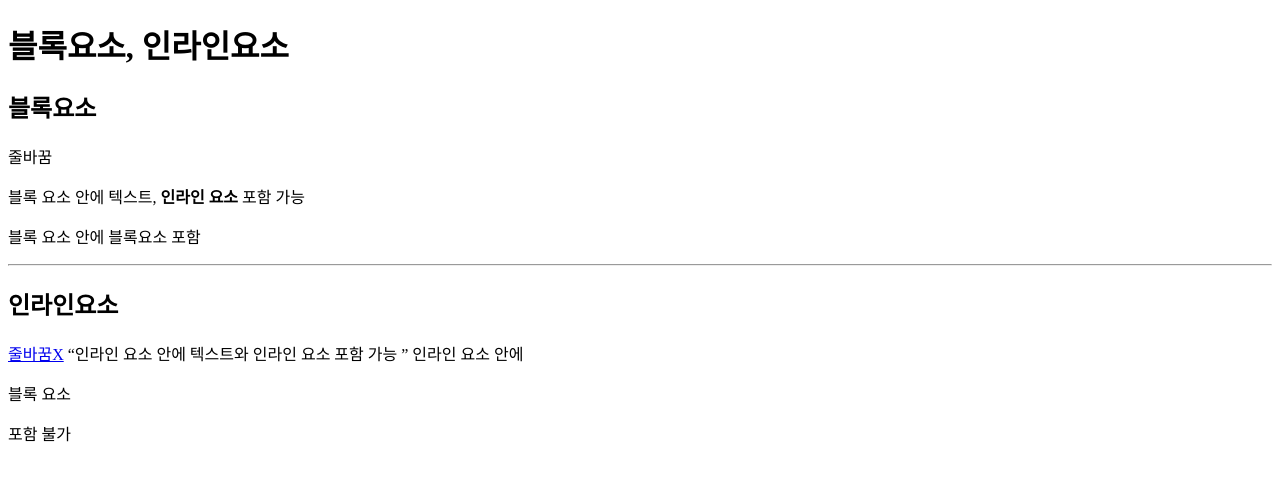
Repository: RUCKUSJERRY/PracticeOfUI
Page: UI01_HTML/WebContent/html01-block-inline.html
The author's editor kept a copy of each file at every save. The page is drawn from the files as they stood at one save, then again after the next save.
The browser window is 1280 px wide. The pictures show the whole page.

Above is the page before, as saved 2021-01-14 03:25:29.

After the next save:
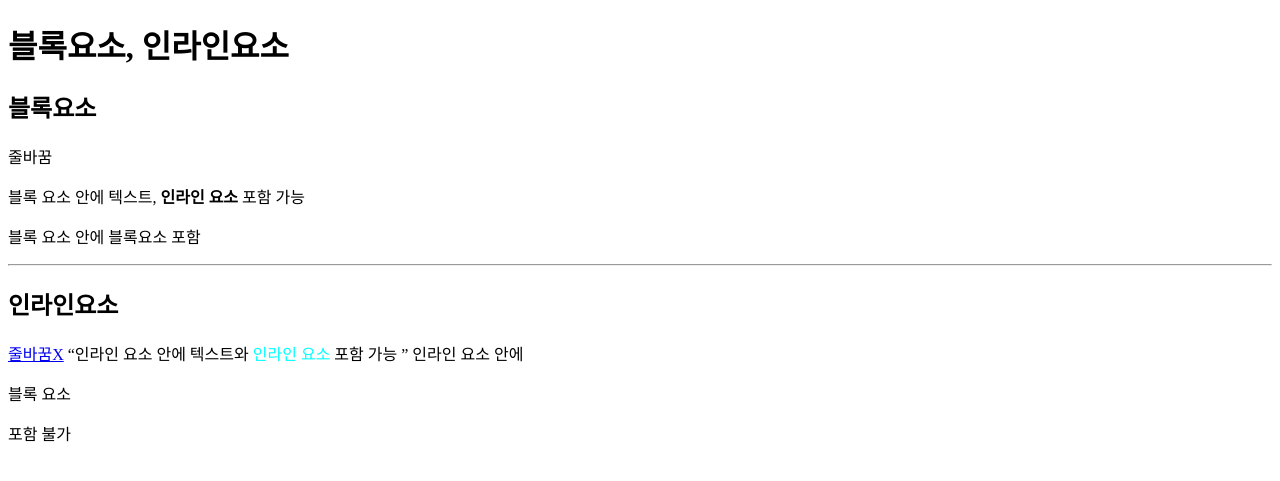
Saved 12 min 9 s later.
--- a/UI01_HTML/WebContent/html01-block-inline.html
+++ b/UI01_HTML/WebContent/html01-block-inline.html
@@ -19,7 +19,7 @@
 
 	<h2>인라인요소</h2>
 	<a href="http://www.naver.com">줄바꿈X</a>
-	<q>인라인 요소 안에 텍스트와 <a>인라인 요소</a> 포함 가능 </q>
+	<q>인라인 요소 안에 텍스트와 <a style="color : aqua;">인라인 요소</a> 포함 가능 </q>
 	<span>인라인 요소 안에 <p>블록 요소</p>포함 불가</span>
 
 	<!--  사용은 가능하지만, 지양하자. -->
